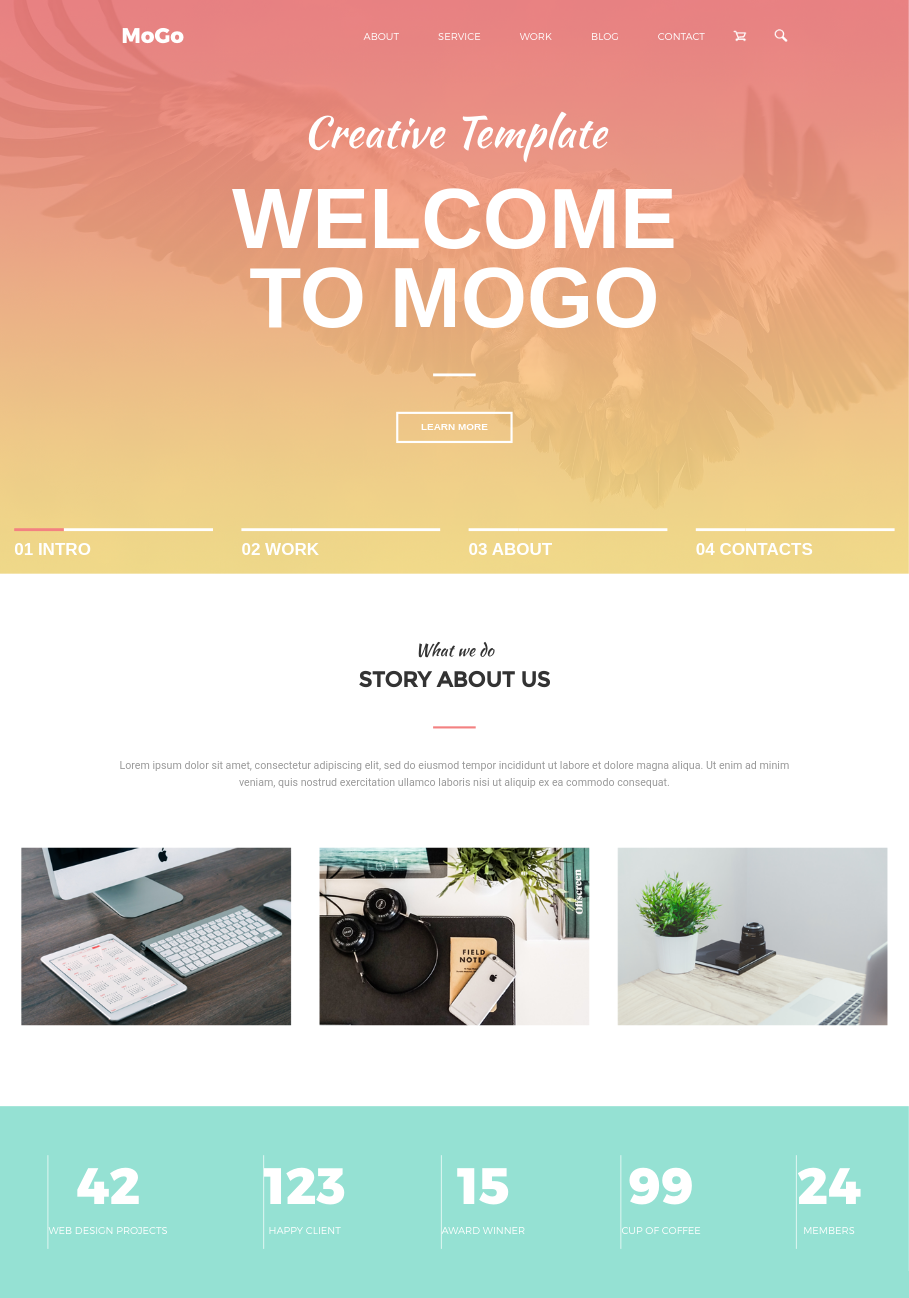
Repository: RaffiBarseghyan/mogo
Page: /
An editor plug-in stored every save of this project. The page is shown before and after a run of saves, followed by the edit.
The browser window is 1280 px wide. The pictures show the whole page, at 71% of full size.
The project was rebuilt for these pictures with package versions that can differ from the ones it lists, and the page was loaded fresh each time.

Above is the page before, as saved 2023-05-11 17:54:56.

After the next 2 saves:
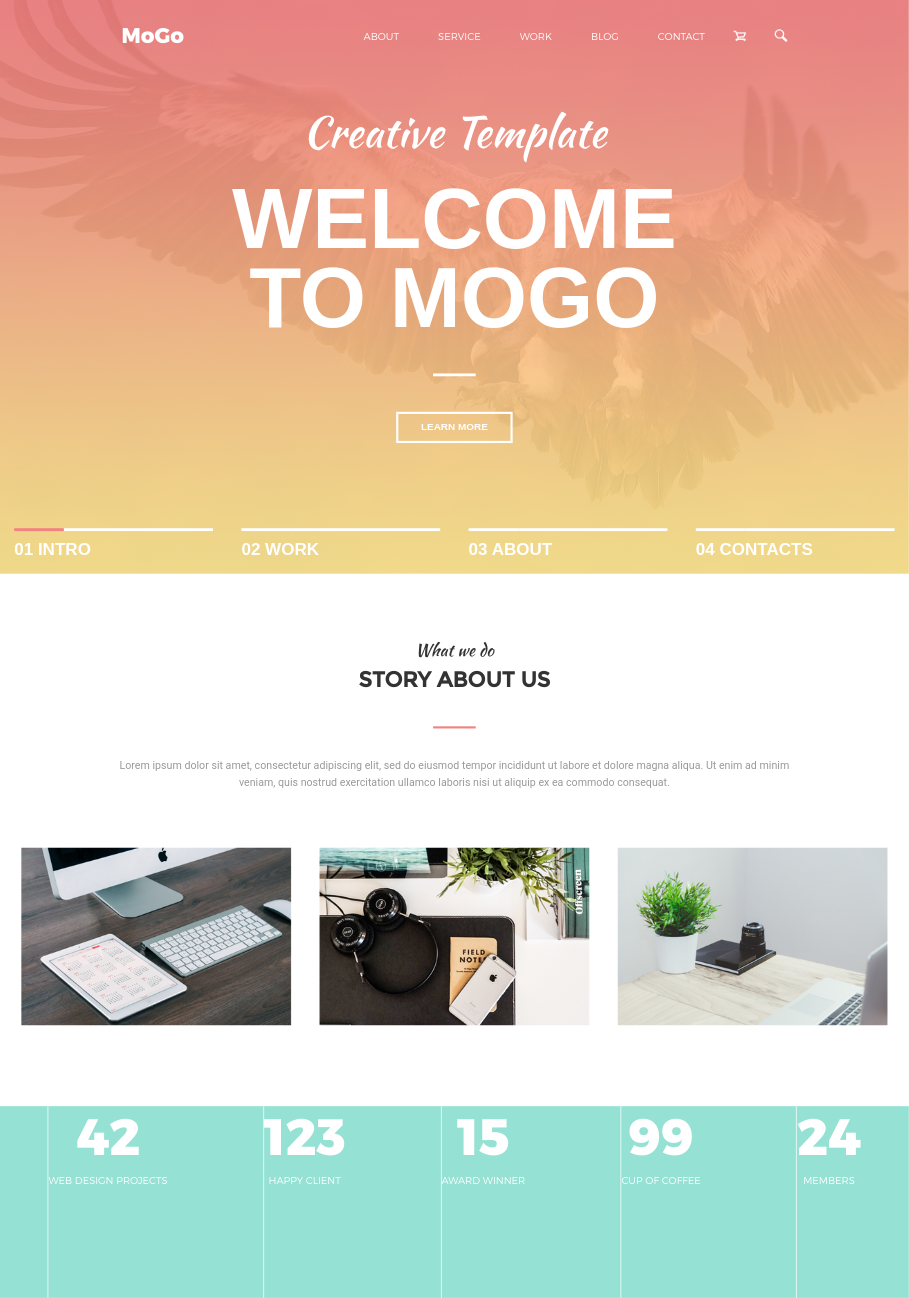
The 2 saves are shown as one change because 1 did not build or start.
The last was saved 13 s later.
--- a/src/Pages/AboutUs/aboutUs.module.scss
+++ b/src/Pages/AboutUs/aboutUs.module.scss
@@ -137,6 +137,7 @@
     text-align: center;
   }
   div {
+    height: 270px;
     border-left: 1px solid #ffffff;
   }
 }
